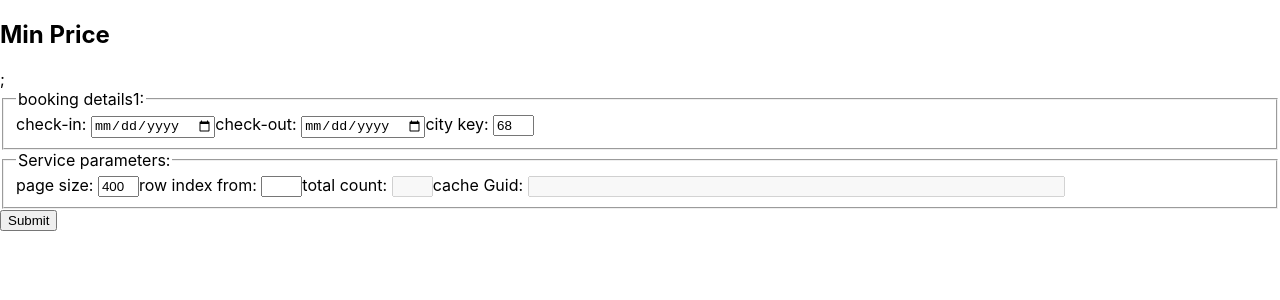
Repository: vsterev/il-test
Page: /min-price
These files come from the project's save history. The page is drawn as it stood at one moment and after the next save; the edit follows.
The browser window is 1280 px wide. The pictures show the whole page.
The project was rebuilt for these pictures with package versions that can differ from the ones it lists, and the page was loaded fresh each time. A package was used in the major version that the imports need, not the one package.json lists. Also part of the build but not shown: src/components/error/index.jsx.

Above is the page before, as saved 2021-04-27 11:56:03.

After the next save:
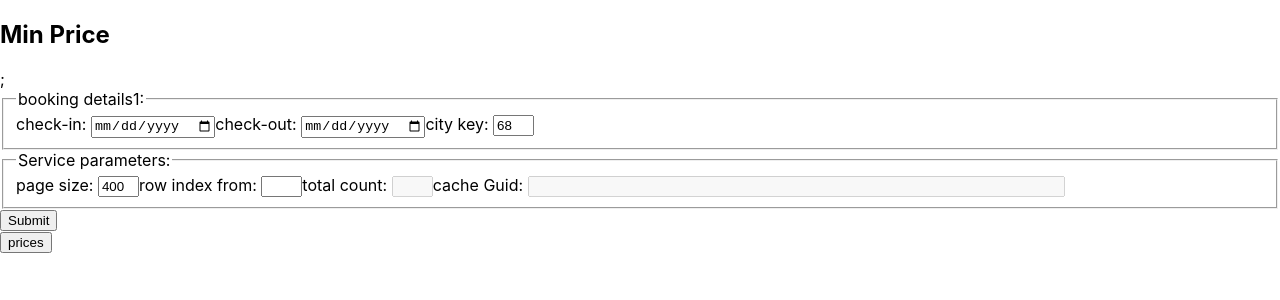
Saved 33 s later.
--- a/src/components/minPrice/index.jsx
+++ b/src/components/minPrice/index.jsx
@@ -101,6 +101,7 @@ const MinPrice = () => {
         </fieldset>
         <button>Submit</button>
       </form>
+      <button onClick={() => console.log(prices)}>prices</button>
       {!!request && <div>{request}</div>}
       {/* {!!prices && prices.map((el) => <div>{el}</div>)} */}
     </React.Fragment>
